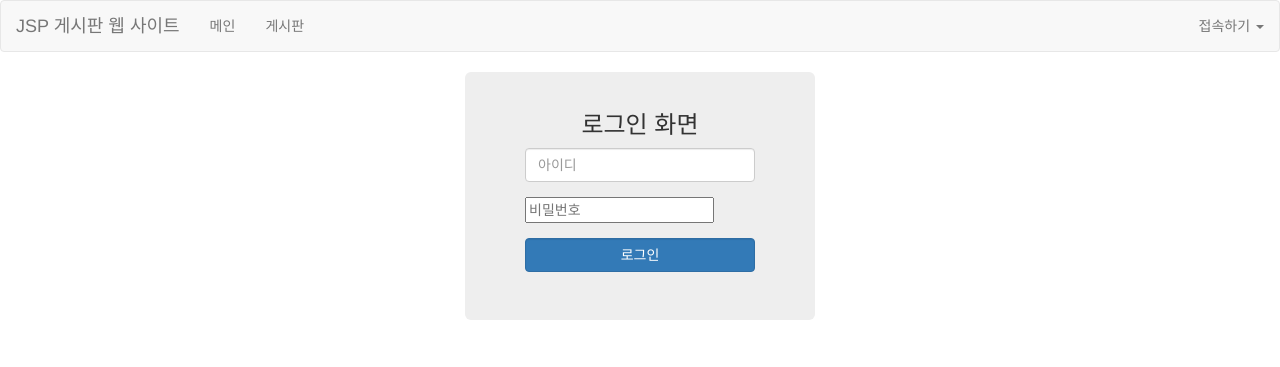
Repository: jmh0434/JSP_BBS
Page: http://localhost/BBS/main.jsp
These files come from the project's save history. The page is drawn as it stood at one moment and after the next save; the edit follows.
The browser window is 1280 px wide. The pictures show the whole page.
Some web libraries are served in a nearby version. The page is served by Tomcat 9. Other server files are loaded and not shown.

Above is the page before, as saved 2021-03-09 13:40:13.

### projects/BBS/WebContent/main.jsp
<%@ page language="java" contentType="text/html; charset=UTF-8"
    pageEncoding="UTF-8"%>
<!DOCTYPE html>
<html>
<head>
<meta http-equiv="Content_Type" content ="text/html; charset="UTF-8">
<meta name = "viewport" content = "width=device-width", initial-scale = "1">
<link rel = "stylesheet" href = "css/bootstrap.css">
<title>JSP 게시판 웹사이트</title>
</head>
<body>
	<nav class="navbar navbar-default">
		<div class = "navbar-header">
			<button type = "button" class = "navbar-toggle collapsed"
				data-toggle = "copplapse" data-target = "#bs-example-navbar-collapse-1"
				aria-expanded = "false">
				<span class = "icon-bar"></span>
				<span class = "icon-bar"></span>
				<span class = "icon-bar"></span>
			</button>
			<a class = "navbar-brand" href = "main.jsp">JSP 게시판 웹 사이트</a>
		</div>
		<div class = "collapse navbar-collapse" id = "bs-example-navbar-collapse-1">
			<ul class = "nav navbar-nav">
				<li><a href="main.jsp">메인</a></li>
				<li><a href="bbs.jsp">게시판</a></li>
			</ul>
			<ul class="nav navbar-nav navbar-right">
				<li class="dropdown">
					<a href = "#" class = "dropdown-toggle"
						data-toggle="dropdown" role="button" aria-haspopup="true"
						aria-expanded="false">접속하기 <span class="caret"></span></a>
					<ul class="dropdown-menu">
						<li class="active"><a href = "login.jsp">로그인</a></li>
						<li><a href="join.jsp">회원가입</a>
					</ul>
				</li>
			</ul>
		</div>
	</nav>
	<div class = "container">
		<div class="col-lg-4"></div>
		<div class="col-lg-4">
			<div class="jumbotron" style="padding-top: 20px;">
				<form method="post" action="loginAction.jsp">
					<h3 style="text-align: center;">로그인 화면</h3>
					<div class="form-group">
						<input type="text" class="form-control" placeholder="아이디" name="userID" maxlength="20">
					</div>
					<div class="form-group">
						<input type="password" class="Form-control" placeholder="비밀번호" name="userPassword" maxlength="20">
					</div>
					<input type="submit" class="btn btn-primary form-control" value="로그인">
					</form>
				</div>
			</div>
		</div>
		<div class="col-lg-4"></div>
	<script src="https://ajax.googleapis.com/ajax/libs/jquery/3.2.1/jquery.min.js"></script>
	<script src = "js/bootstrap.js"></script>
</body>
</html>

Loaded but not shown: projects/BBS/WebContent/css/bootstrap.css (library); projects/BBS/WebContent/js/bootstrap.js (library)

After the next save:
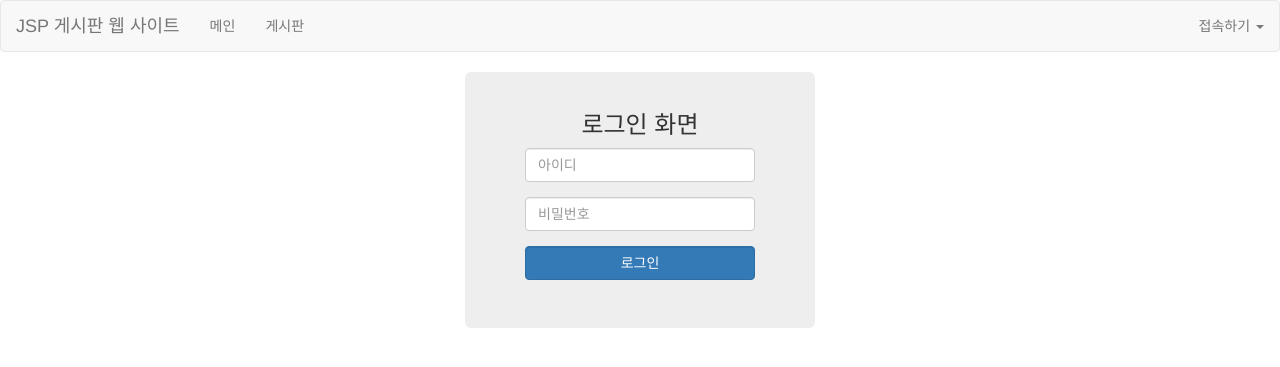
Saved 96 s later.
--- a/projects/BBS/WebContent/main.jsp
+++ b/projects/BBS/WebContent/main.jsp
@@ -48,7 +48,7 @@
 						<input type="text" class="form-control" placeholder="아이디" name="userID" maxlength="20">
 					</div>
 					<div class="form-group">
-						<input type="password" class="Form-control" placeholder="비밀번호" name="userPassword" maxlength="20">
+						<input type="password" class="form-control" placeholder="비밀번호" name="userPassword" maxlength="20">
 					</div>
 					<input type="submit" class="btn btn-primary form-control" value="로그인">
 					</form>
